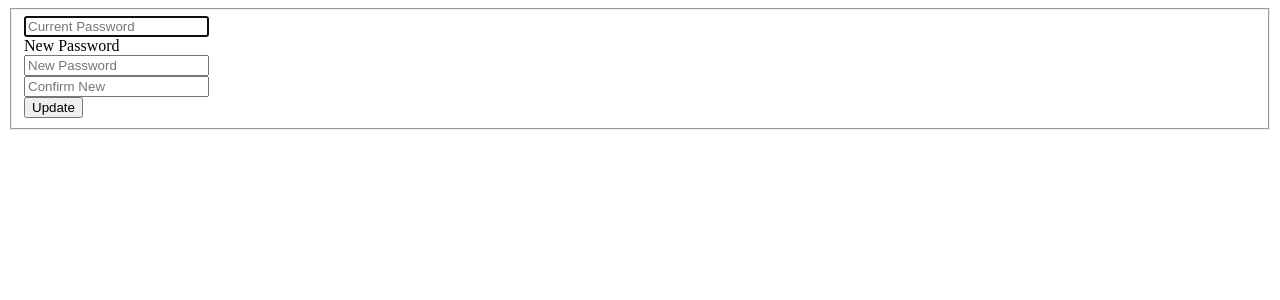
Repository: egniebauer/cs50x-LaunchCode
Page: http://localhost/pset7/views/account_form.php
The author's editor kept a record of every edit. The page is drawn from the files as they stood at one moment, then again after the next edit.
The browser window is 1280 px wide. The pictures show the whole page.
The page is run by PHP 8.4 with error messages shown; the project is at /var/www/html/.

Above is the page before.

After the next edit:
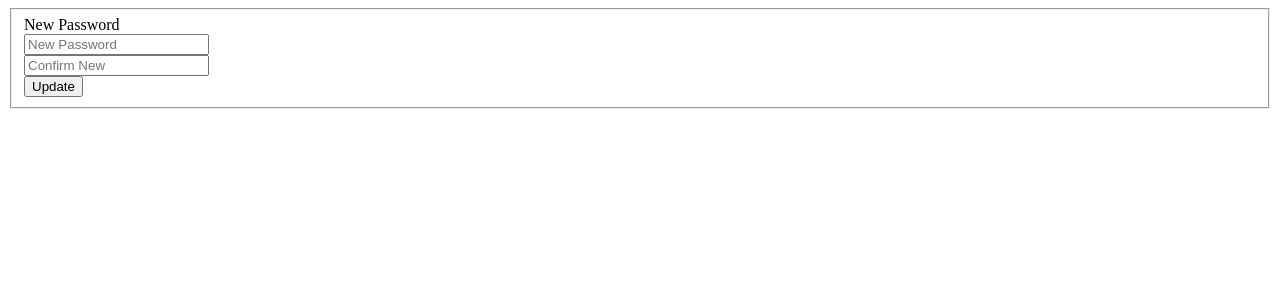
The edit:
--- a/pset7/views/account_form.php
+++ b/pset7/views/account_form.php
@@ -1,12 +1,8 @@
-<?php
-
-?>
-
 <form action="account.php" method="post">
     <fieldset>
-        <div class="form-group">
-            <input autocomplete="off" autofocus class="form-control" name="current" placeholder="Current Password"  type="password"/>
-        </div>
+        <!--<div class="form-group">-->
+        <!--    <input autocomplete="off" autofocus class="form-control" name="current" placeholder="Current Password"  type="password"/>-->
+        <!--</div>-->
         <div class="form-group">
             <label>New Password</label><br>
             <input class="form-control" name="new_password" placeholder="New Password" type="password"/>
